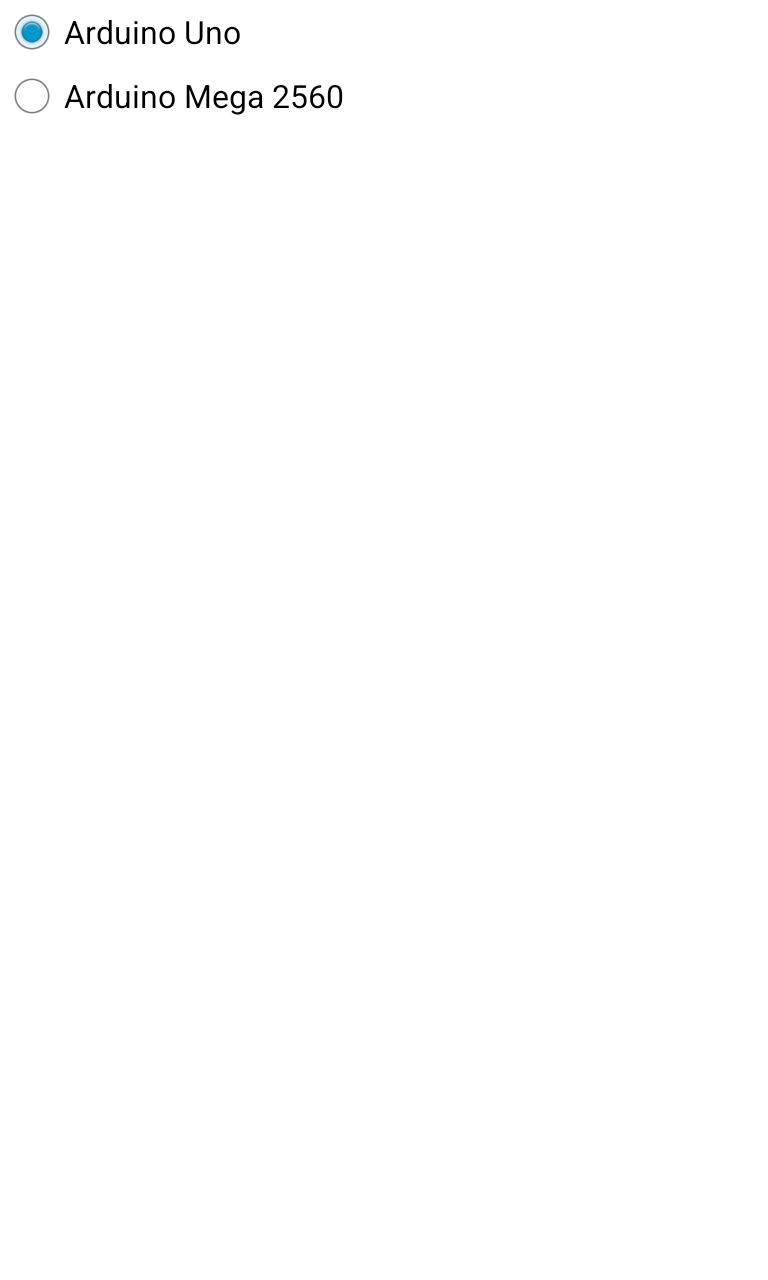
Repository: No9/R2993
Layout: Relay01/res/layout/activity_relay_manager.xml
The author's editor kept a copy of each file at every save. The layout is drawn from the files as they stood at one save, then again after the next save.
It is drawn on a 768 x 1280 px phone screen (xhdpi) without system bars, with theme AppTheme; the app's code is not run.

Above is the layout before, as saved 2012-10-30 11:41:00.

### Relay01/res/layout/activity_relay_manager.xml
<?xml version="1.0" encoding="utf-8"?>
<LinearLayout xmlns:android="http://schemas.android.com/apk/res/android"
    android:layout_width="fill_parent"
    android:layout_height="fill_parent"
    android:orientation="vertical" >

     <RadioGroup
        android:id="@+id/radioBoardType"
        android:layout_width="wrap_content"
        android:layout_height="wrap_content" >

        <RadioButton
            android:id="@+id/radioUno"
            android:layout_width="wrap_content"
            android:layout_height="wrap_content"
            android:text="@string/radio_uno"
            android:checked="true" />

        <RadioButton
            android:id="@+id/radioMega"
            android:layout_width="wrap_content"
            android:layout_height="wrap_content"
            android:text="@string/radio_mega" />

    </RadioGroup>

</LinearLayout>

### Relay01/res/values/strings.xml
<resources>

    <string name="app_name">Relay01</string>
    <string name="menu_settings">Settings</string>
    <string name="title_activity_relay_manager">Relay Manager</string>
	<string name="radio_uno">Arduino Uno</string>
    <string name="radio_mega">Arduino Mega 2560</string>
    <string name="btn_start">Start</string>
    <string name="btn_stop">Stop</string>
</resources>

Loaded but not shown: Relay01/res/values-v11/styles.xml (common file); Relay01/res/values-v14/styles.xml (common file); Relay01/res/values/styles.xml (common file)

After the next save:
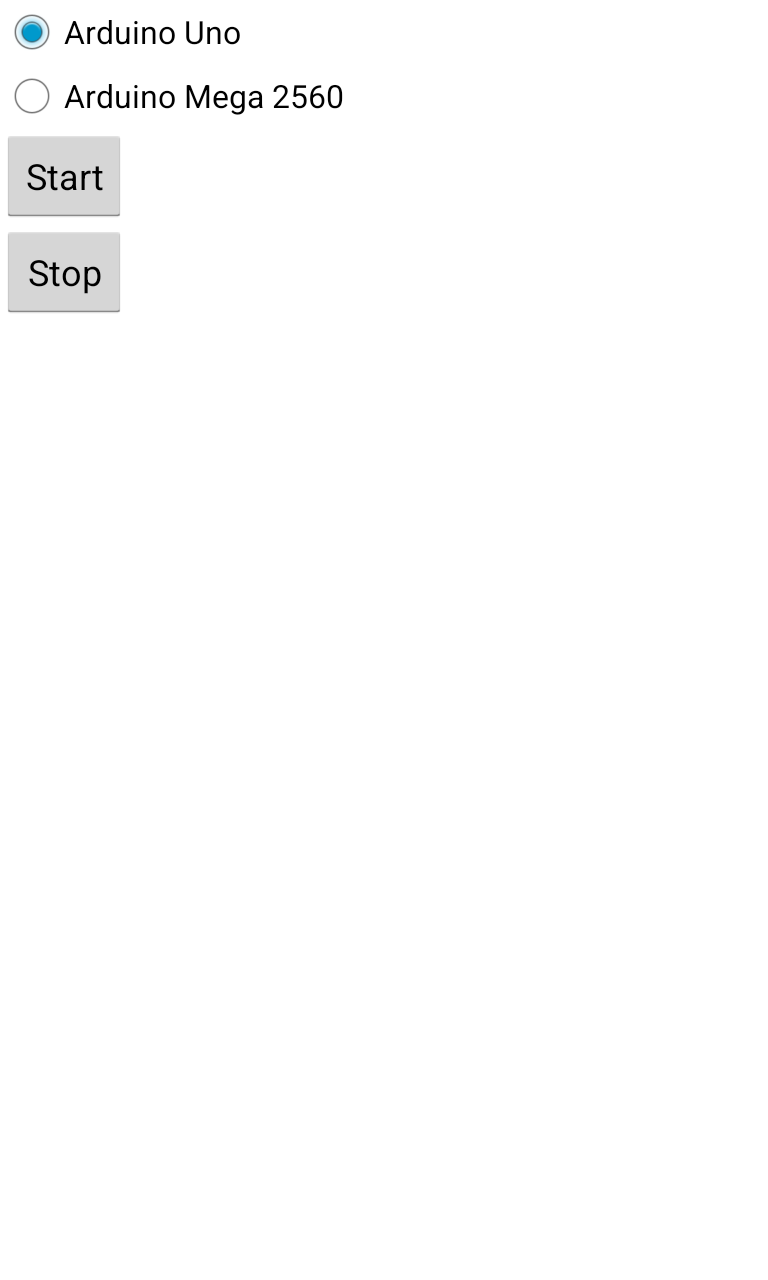
Saved 49 s later.
--- a/Relay01/res/layout/activity_relay_manager.xml
+++ b/Relay01/res/layout/activity_relay_manager.xml
@@ -24,4 +24,14 @@
 
     </RadioGroup>
 
+     <Button
+        android:id="@+id/btnStart"
+        android:layout_width="wrap_content"
+        android:layout_height="wrap_content"
+        android:text="@string/btn_start" />
+     <Button
+        android:id="@+id/btnStop"
+        android:layout_width="wrap_content"
+        android:layout_height="wrap_content"
+        android:text="@string/btn_stop" />
 </LinearLayout>
